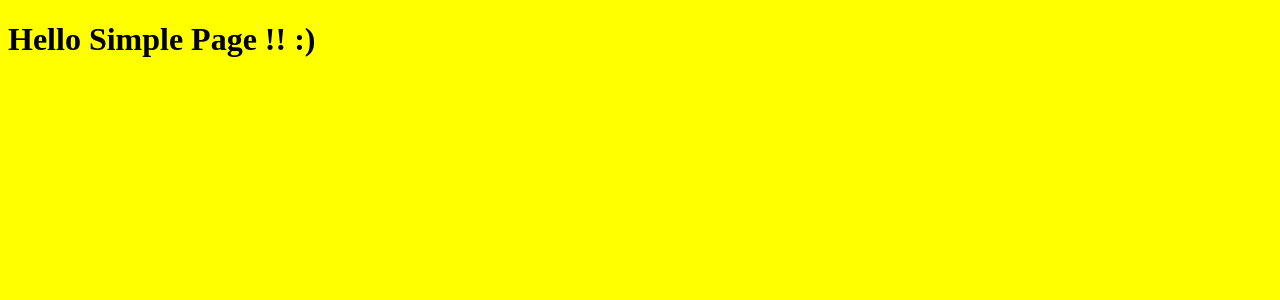
Repository: uditjain100/JavaScript-for-Web
Page: 10.Promises/simple.html
These files come from the project's save history. The page is drawn as it stood at one moment and after the next save; the edit follows.
The browser window is 1280 px wide. The pictures show the whole page.

Above is the page before, as saved 2021-01-23 16:19:59.

After the next save:
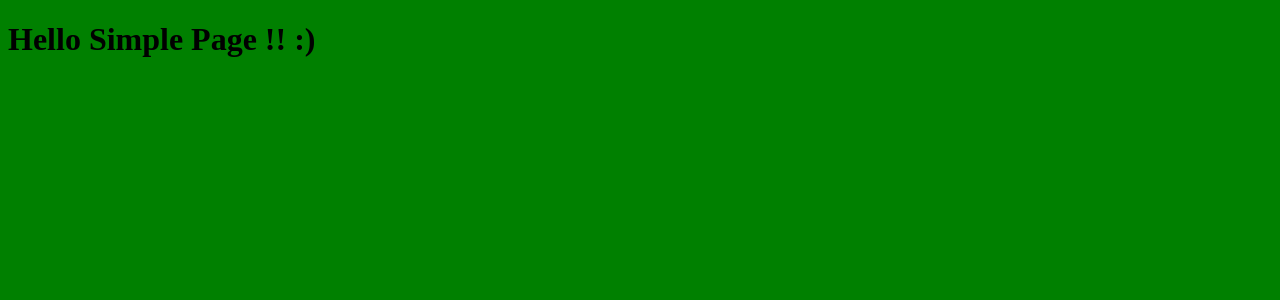
Saved 37 s later.
--- a/10.Promises/app.js
+++ b/10.Promises/app.js
@@ -1,7 +1,7 @@
+// firstApproach();
+secondApproach();
+
 // First Approach
-
-firstApproach();
-
 function firstApproach() {
   setTimeout(() => {
     document.body.style.backgroundColor = "red";
@@ -18,7 +18,6 @@ function firstApproach() {
 }
 
 // Second Approach
-
 function secondApproach() {
   setTimeout(() => {
     document.body.style.backgroundColor = "red";
